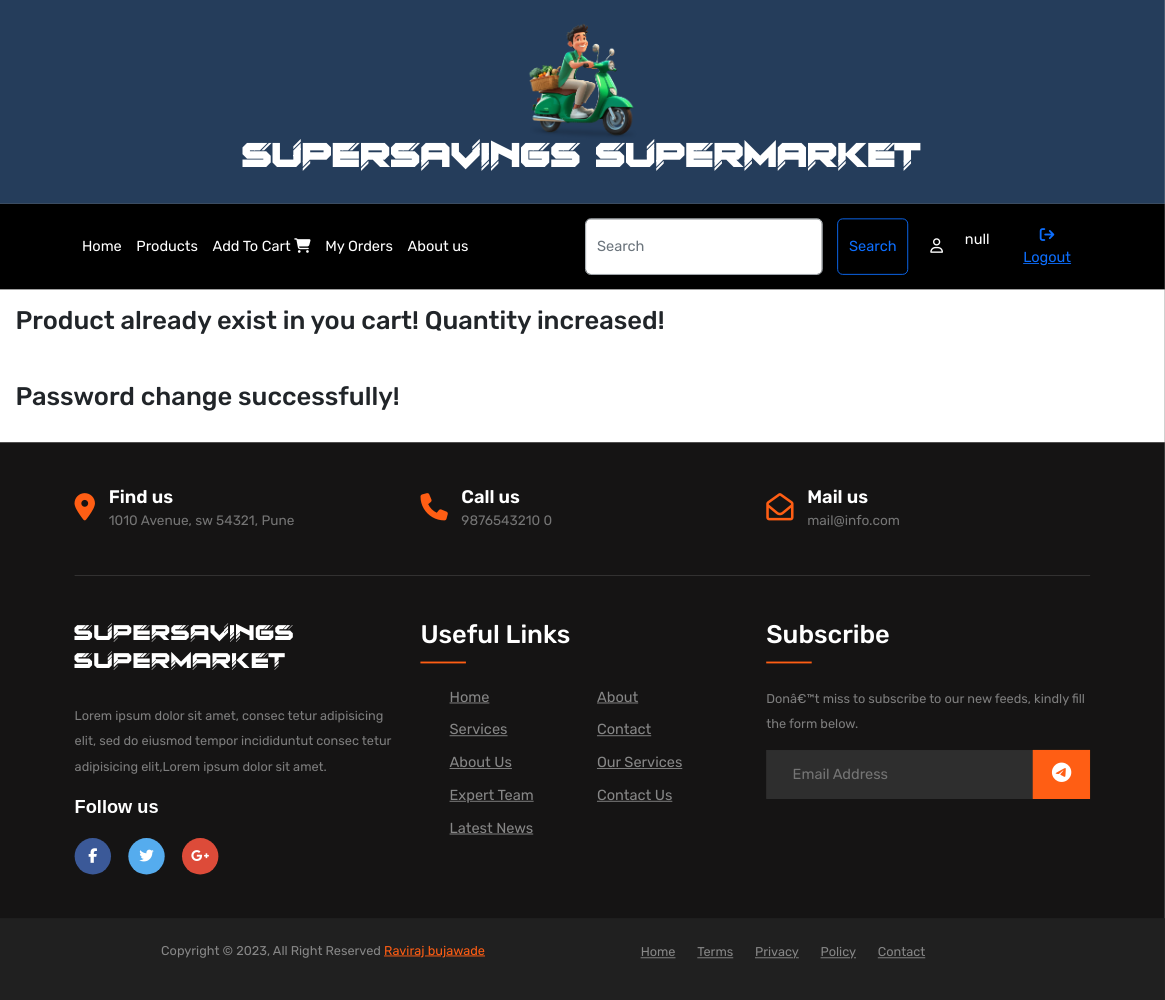
Repository: Raviraj39/SuperSaving-Online-Supermarket-Website
Page: http://localhost/Super_market/products.jsp
The author's editor kept a copy of each file at every save. The page is drawn from the files as they stood at one save, then again after the next save.
The browser window is 1280 px wide. The pictures show the whole page, at 91% of full size.
The page is served by Tomcat 9. Queries for data that is not in the repository find no rows.

Above is the page before, as saved 2023-12-28 07:33:09.

After the next save:
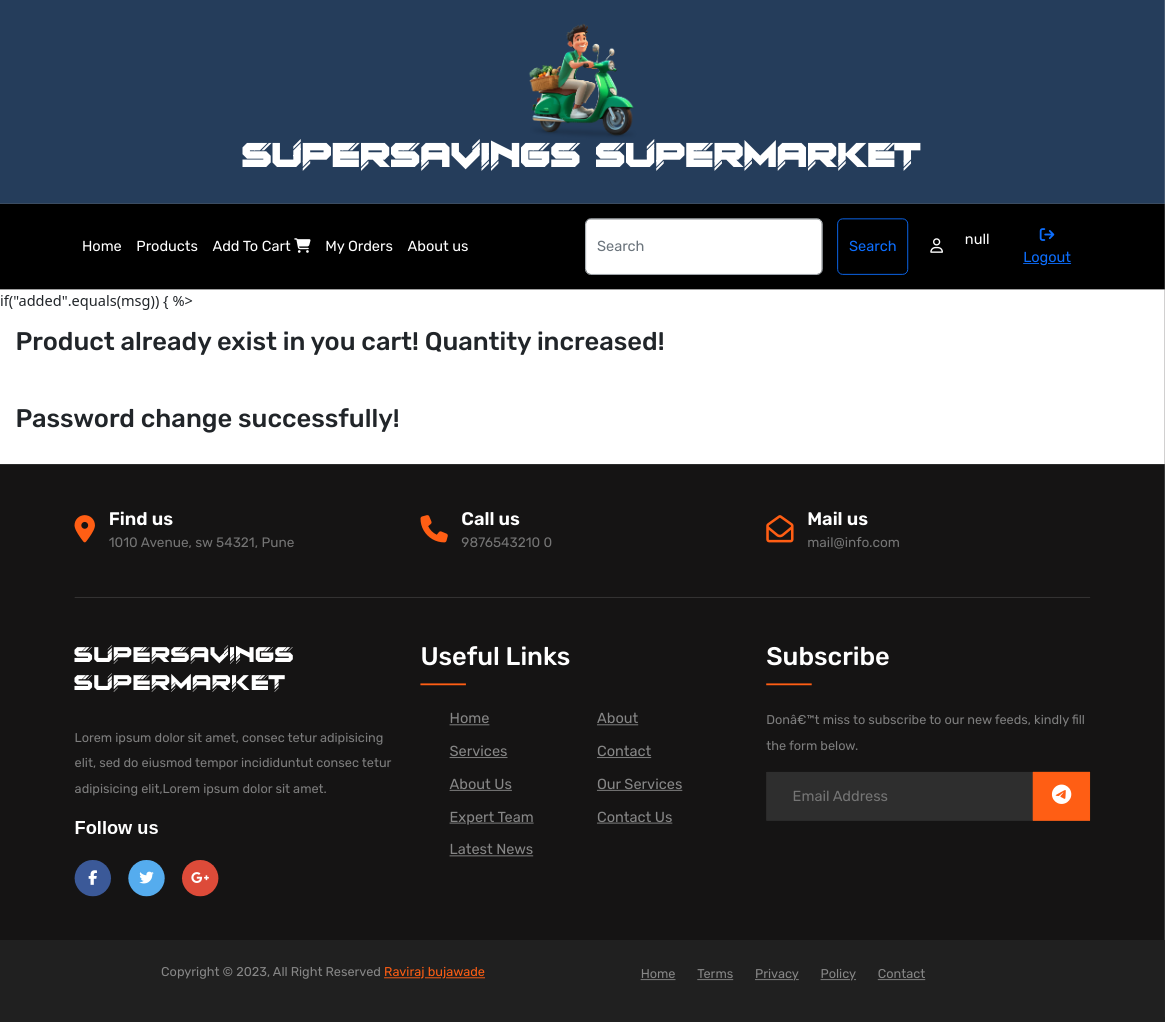
Saved 19 s later.
--- a/Super_market/src/main/webapp/products.jsp
+++ b/Super_market/src/main/webapp/products.jsp
@@ -32,6 +32,9 @@
 <h3 class="alert">Product added successfully!</h3>
 <%} %>
 
+if("added".equals(msg))
+{
+%>
 <h3 class="alert">Product already exist in you cart! Quantity  increased!</h3>
 
 <h3 class="alert">Password change successfully!</h3>
